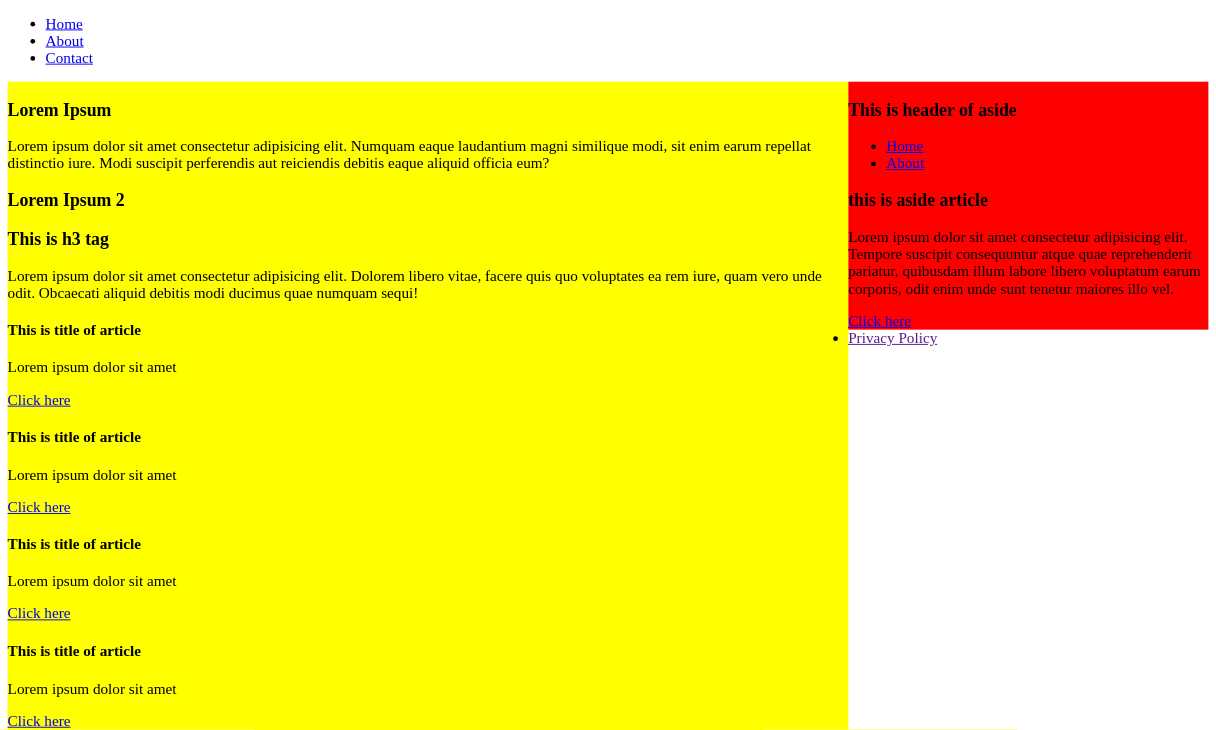
Repository: fisikusari/test-repo
Page: index.html
The author's editor kept a copy of each file at every save. The page is drawn from the files as they stood at one save, then again after the next save.
The browser window is 1280 px wide. The pictures show the whole page, at 95% of full size.

Above is the page before, as saved 2021-11-11 18:26:33.

### index.html
<!DOCTYPE html>

<html lang="en">

<head>
  <meta charset="UTF-8">
  <meta http-equiv="X-UA-Compatible" content="IE=edge">
  <meta name="viewport" content="width=device-width, initial-scale=1.0">
  <title>Fisnik</title>
</head>
<nav>
  <ul>
    <li><a href="#">Home</a></li>
    <li><a href="about.html">About</a></li>
    <li><a href="contact.html">Contact</a></li>
  </ul>
</nav>

<style>
  nav {
    width: 100%;
  }


  .main {
    display: block;
    width: 70%;
    float: left;
    background: yellow;
  }

  aside {
    width: 30%;
    float: right;
    background-color: red;
  }

  footer {
    width: 100%;
    display: block;
  }
</style>

<body>
  <section class="main">
    <section>
      <h1>Lorem Ipsum</h1>
      <p>Lorem ipsum dolor sit amet consectetur adipisicing elit. Numquam eaque laudantium magni similique modi, sit enim earum repellat distinctio iure. Modi suscipit perferendis
        aut reiciendis debitis eaque aliquid officia eum?</p>
    </section>
    <section>
      <h1>Lorem Ipsum 2</h1>
      <h3>This is h3 tag</h3>
      <p>Lorem ipsum dolor sit amet consectetur adipisicing elit. Dolorem libero vitae, facere quis quo voluptates ea rem iure, quam vero unde odit. Obcaecati aliquid debitis modi
        ducimus quae numquam sequi!</p>
    </section>
    <section>
      <article>
        <h1>This is title of article</h1>
        <p>Lorem ipsum dolor sit amet</p>
        <a href="about.html">Click here</a>
      </article>
      <article>
        <h1>This is title of article</h1>
        <p>Lorem ipsum dolor sit amet</p>
        <a href="#">Click here</a>
      </article>
    </section>
    <section>
      <article>
        <h1>This is title of article</h1>
        <p>Lorem ipsum dolor sit amet</p>
        <a href="about.html">Click here</a>
      </article>
      <article>
        <h1>This is title of article</h1>
        <p>Lorem ipsum dolor sit amet</p>
        <a href="#">Click here</a>
      </article>
    </section>

  </section>
  <aside>
    <h3>This is header of aside</h3>
    <nav>
      <ul>
        <li><a href="#">Home</a></li>
        <li><a href="#">About</a></li>
      </ul>
    </nav>
    <article>
      <h1>this is aside article</h1>
      <p>Lorem ipsum dolor sit amet consectetur adipisicing elit. Tempore suscipit consequuntur atque quae reprehenderit pariatur, quibusdam illum labore libero voluptatum earum
        corporis, odit enim unde sunt tenetur maiores illo vel.</p>
      <a href="contact.html">Click here</a>
    </article>
  </aside>
</body>
<footer>
  <nav>
    <ul>
      <li><a href="">Privacy Policy</a></li>
    </ul>
  </nav>
</footer>

</html>

After the next save:
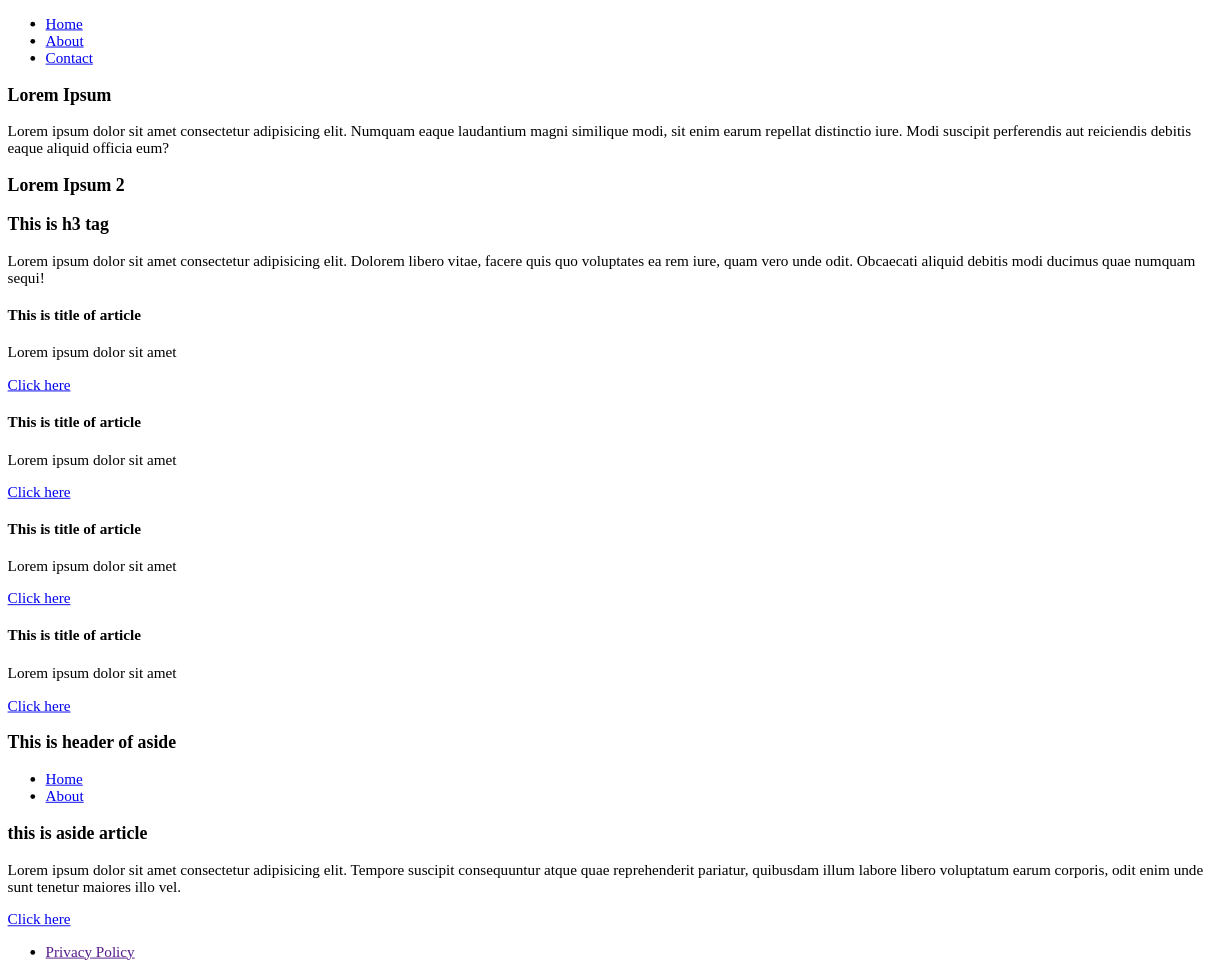
Saved 4 min 23 s later.
--- a/index.html
+++ b/index.html
@@ -16,30 +16,6 @@
   </ul>
 </nav>
 
-<style>
-  nav {
-    width: 100%;
-  }
-
-
-  .main {
-    display: block;
-    width: 70%;
-    float: left;
-    background: yellow;
-  }
-
-  aside {
-    width: 30%;
-    float: right;
-    background-color: red;
-  }
-
-  footer {
-    width: 100%;
-    display: block;
-  }
-</style>
 
 <body>
   <section class="main">
